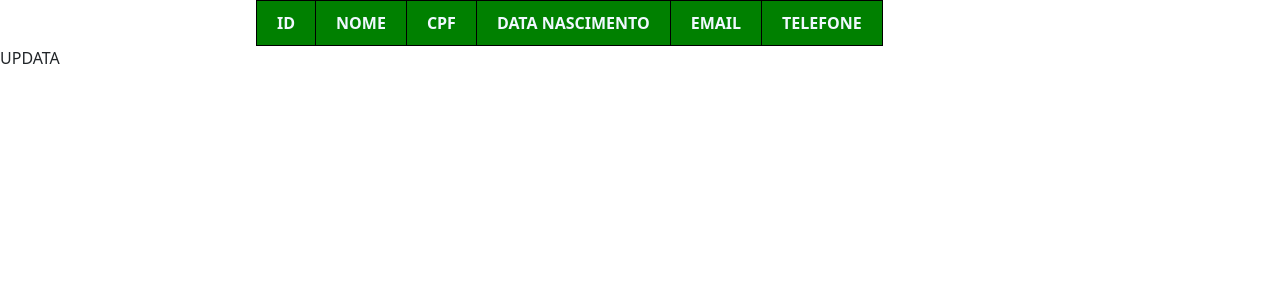
Repository: ujota/crud-cliente
Page: api-clientes/front/html/cliente.html
The author's editor kept a copy of each file at every save. The page is drawn from the files as they stood at one save, then again after the next save.
The browser window is 1280 px wide. The pictures show the whole page.
The page's requests for data from a server got no answer.

Above is the page before, as saved 2022-10-03 19:20:57.

After the next save:
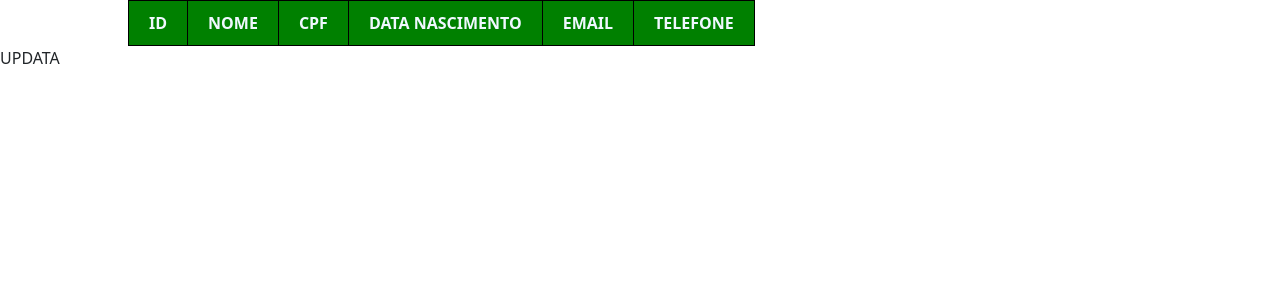
Saved 4 s later.
--- a/api-clientes/front/css/cliente.css
+++ b/api-clientes/front/css/cliente.css
@@ -1,5 +1,5 @@
 table{
-    margin-left:20%;
+    margin-left:10%;
     text-align: center;
     border-collapse: collapse;
     border-spacing: 0;
